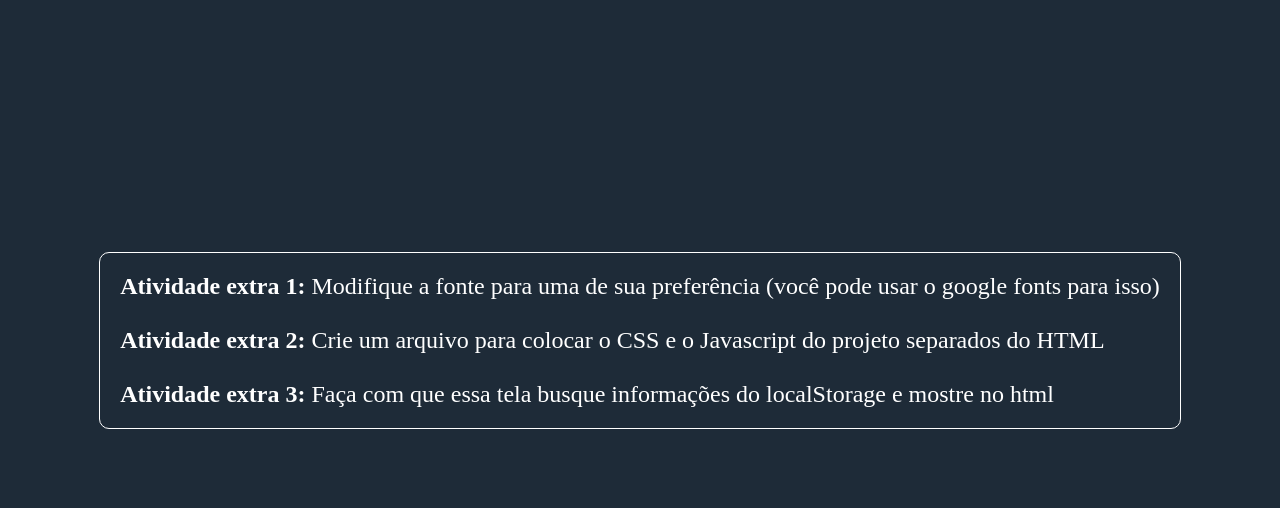
Repository: Gabrielb0rn/login-redes
Page: desafio-extra.html
An editor plug-in stored every save of this project. The page is shown before and after a run of saves, followed by the edit.
The browser window is 1280 px wide. The pictures show the whole page.

Above is the page before, as saved 2024-09-11 11:00:14.

### desafio-extra.html
<!DOCTYPE html>
<html lang="pt-br">
<head>
    <meta charset="UTF-8">
    <meta name="viewport" content="width=device-width, initial-scale=1.0">
    <title>Senai Login</title>
    <link rel="stylesheet" href="assets/extra.css">
</head>
<body class="center-page">
  <div class="containter-betwen">
    <div>
      <p><b>Atividade extra 1:</b> Modifique a fonte para uma de sua preferência (você pode usar o google fonts para isso) </p>
      <br>
      <p><b>Atividade extra 2:</b> Crie um arquivo para colocar o CSS e o Javascript do projeto separados do HTML </p>
      <br>
      <p><b>Atividade extra 3:</b> Faça com que essa tela busque informações do localStorage e mostre no html </p>
    </div>
  </div>
  <script src="assets/extra.js"></script>
</body>
</html>

### assets/extra.css
* {
    margin: 0;
    font-size: 24px;
}



.center-page {
    display: flex;
    justify-content: center;
    align-items: center;
    height: 100vh;
    background-color: #1e2b38;
    color: #fff;
}

input {
    background-color: #17212B;
    border: 1px solid #1e2b38;
    color: #fff;
    padding: 7px;
    border-radius: 5px;
}

button {
    background-color: #fff;
    padding: 7px;
    border-radius: 50px;
    color: #000;
    border: 1px solid #444;
    width: 100px;
    cursor: pointer;
}

.btn-transparent {
  background-color: #ffffff00;
  color: #FFF;
  border: none;
  font-weight: 600;
}
.center {
  display: flex;
  justify-content: center;
  align-items: center;
}
.containter-betwen {
  display: flex;
  align-items: flex-end;
  margin-bottom: 40px;
  justify-content: space-between;
  padding: 20px;
  border-radius: 10px;
  border: 1px solid #fff;
}

Loaded but not shown: assets/extra.js (no stored copy; drawn as an empty file)

After the next 3 saves:
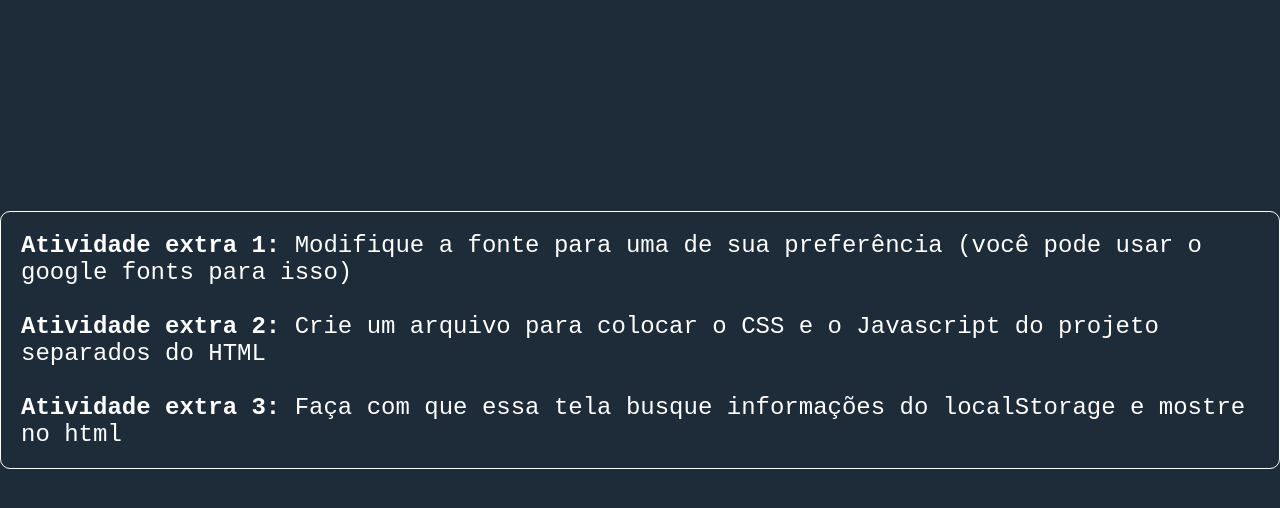
The 3 saves are shown as one change because they came seconds apart.
The last was saved 6 s later.
--- a/assets/extra.css
+++ b/assets/extra.css
@@ -3,7 +3,9 @@
     font-size: 24px;
 }
 
-
+body{
+    font-family: 'Courier New', Courier, monospace;
+}
 
 .center-page {
     display: flex;
